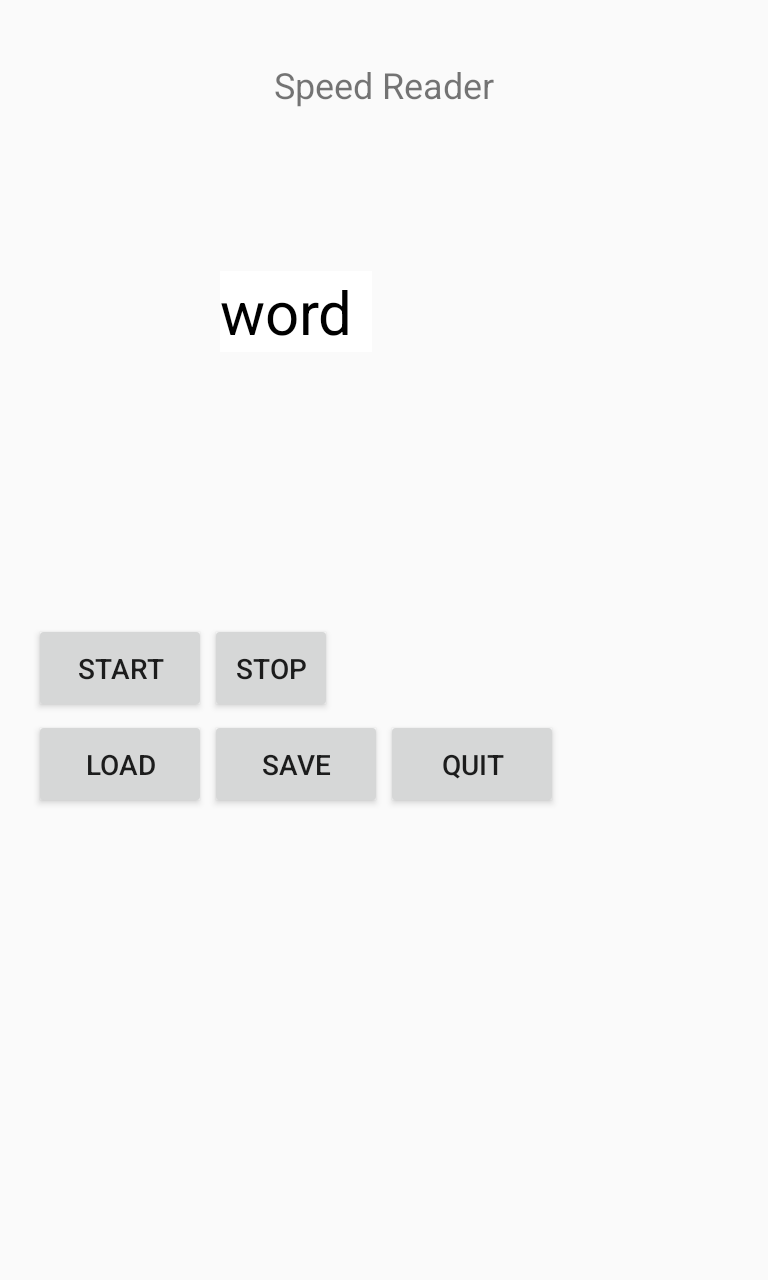
Repository: hdemby/workspace
Layout: Reader/res/layout/activity_main.xml
An editor plug-in stored every save of this project. The layout is shown before and after the next save, followed by the edit.
It is drawn on a 768 x 1280 px phone screen (xhdpi) without system bars, with theme AppTheme; the app's code is not run.

Above is the layout before, as saved 2014-12-04 04:26:09.

### Reader/res/layout/activity_main.xml
<RelativeLayout xmlns:android="http://schemas.android.com/apk/res/android"
    xmlns:tools="http://schemas.android.com/tools"
    android:layout_width="match_parent"
    android:layout_height="match_parent"
    android:paddingBottom="@dimen/activity_vertical_margin"
    android:paddingLeft="@dimen/activity_horizontal_margin"
    android:paddingRight="@dimen/activity_horizontal_margin"
    android:paddingTop="@dimen/activity_vertical_margin"
    tools:context="coursera.reader.MainActivity" >

    <EditText
        android:id="@+id/editText2"
        android:layout_width="wrap_content"
        android:layout_height="wrap_content"
        android:layout_below="@+id/linearLayout1"
        android:layout_centerHorizontal="true"
        android:clickable="false"
        android:ems="10"
        android:focusable="false"
        android:focusableInTouchMode="false"
        android:inputType="textMultiLine"
        android:text="@string/content_text"
        android:visibility="invisible" >

        <requestFocus />
    </EditText>

    <LinearLayout
        android:id="@+id/linearLayout1"
        android:layout_width="wrap_content"
        android:layout_height="wrap_content"
        android:layout_alignParentLeft="true"
        android:layout_below="@+id/textView1"
        android:layout_marginTop="18dp"
        android:orientation="vertical" >

        <EditText
            android:id="@+id/editText1"
            android:layout_width="76dp"
            android:layout_height="wrap_content"
            android:layout_gravity="center_horizontal"
            android:layout_marginTop="63dp"
            android:background="#ffffffff"
            android:clickable="false"
            android:ems="10"
            android:focusable="false"
            android:focusableInTouchMode="false"
            android:inputType="text"
            android:text="@string/display_text"
            android:textColor="#ff000000"
            android:textSize="30sp" />

        <LinearLayout
            android:id="@+id/linearLayout2"
            android:layout_width="185dp"
            android:layout_height="wrap_content"
            android:layout_marginTop="134dp"
            android:gravity="center|center_vertical"
            android:orientation="horizontal" >

            <Button
                android:id="@+id/button1"
                android:layout_width="wrap_content"
                android:layout_height="wrap_content"
                android:onClick="doStart"
                android:text="@string/start_btn" />

            <Button
                android:id="@+id/button2"
                android:layout_width="wrap_content"
                android:layout_height="wrap_content"
                android:layout_marginRight="34dp"
                android:onClick="doStop"
                android:text="@string/stop_btn" />
        </LinearLayout>

        <LinearLayout
            android:layout_width="wrap_content"
            android:layout_height="wrap_content" >

            <Button
                android:id="@+id/button3"
                android:layout_width="wrap_content"
                android:layout_height="wrap_content"
                android:onClick="doLoad"
                android:text="@string/load_btn" />

            <Button
                android:id="@+id/button4"
                android:layout_width="wrap_content"
                android:layout_height="wrap_content"
                android:contentDescription="@string/app_name"
                android:onClick="doSave"
                android:text="@string/save_bnt" />

            <Button
                android:id="@+id/button5"
                android:layout_width="wrap_content"
                android:layout_height="wrap_content"
                android:onClick="doQuit"
                android:text="@string/quit_btn" />
        </LinearLayout>
    </LinearLayout>

    <TextView
        android:id="@+id/textView1"
        android:layout_width="wrap_content"
        android:layout_height="wrap_content"
        android:layout_alignParentTop="true"
        android:layout_centerHorizontal="true"
        android:layout_marginTop="14dp"
        android:contentDescription="@string/app_name"
        android:text="@string/hello_world"
        android:textSize="18sp" />

</RelativeLayout>

### Reader/res/values/strings.xml
<?xml version="1.0" encoding="utf-8"?>
<resources>

    <string name="app_name">Reader</string>
    <string name="hello_world">Speed Reader</string>
    <string name="action_settings">Settings</string>
    <string name="display_text">word</string>
    <string name="content_text">This text will be displayed one word at a time to facilitate
        speed reading using the \'spritz\' method. I hope to include text from the course
        lectures that have been saved as a resource to provide selectable content for this app if time allows.
        A \'Toast\' will indicate states for the app like \'content loaded\' and \'end-of-file\'.
            The idea is to take a text document and display one word at a time in a textview
        at a pre-defined rate. The working app should satisfy the grading rubric and more. The process
        includes converting the text into a list of words. Each word will be displayed in the center of the
        window and then replaced after a short delay. Periods will trigger a slightly
        extended pause to help pacing. Tabs will be used to determine paragraphs.
            I hope to later add controls to pause, save and rewind the text
        by one sentence. The save function will allow the reader to save their reading
        position for later sessions. I also hope to add feedback controls that report
        precentage progress through the text, time spent reading, and the current reading
        rate. If I have the time I will also include a file cnooser to allow the user to
        load new text documents. Perhaps I can figure out a way to save multiple reading sessions
        with their last reading position rounded to the previous sentence or paragraph.
        IThis will be a very useful program out of the box. I can also think of
        several enhancements that could go into a paid version.</string>
    <string name="start_btn">Start</string>
    <string name="stop_btn">Stop</string>
    <string name="load_btn">Load</string>
    <string name="save_bnt">Save</string>
    <string name="quit_btn">Quit</string>

</resources>

Loaded but not shown: Reader/res/values/styles.xml (common file); Reader/res/values-v11/styles.xml (common file); Reader/res/values-v14/styles.xml (common file); Reader/res/values/dimens.xml (common file); Reader/res/values-w820dp/dimens.xml (common file)

After the next save:
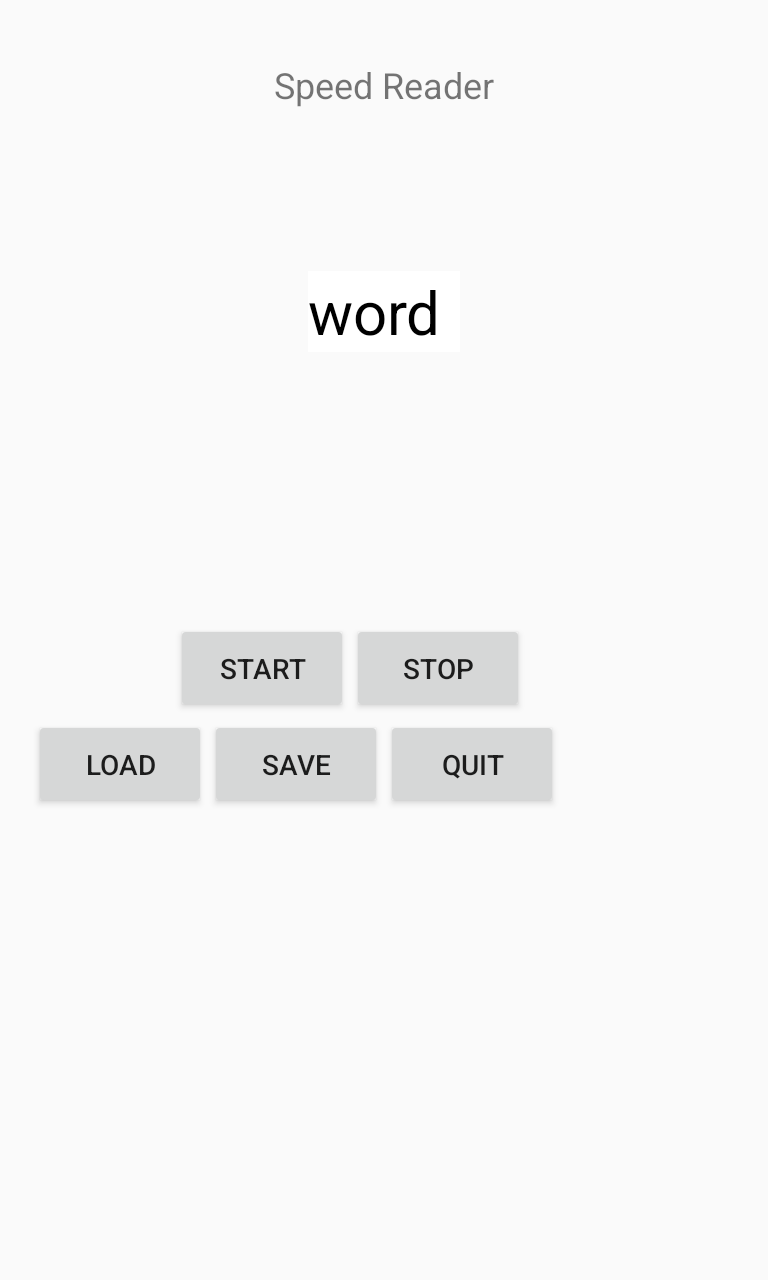
Saved 74 s later.
--- a/Reader/res/layout/activity_main.xml
+++ b/Reader/res/layout/activity_main.xml
@@ -30,6 +30,7 @@
         android:layout_width="wrap_content"
         android:layout_height="wrap_content"
         android:layout_alignParentLeft="true"
+        android:layout_alignParentRight="true"
         android:layout_below="@+id/textView1"
         android:layout_marginTop="18dp"
         android:orientation="vertical" >
@@ -52,7 +53,7 @@
 
         <LinearLayout
             android:id="@+id/linearLayout2"
-            android:layout_width="185dp"
+            android:layout_width="match_parent"
             android:layout_height="wrap_content"
             android:layout_marginTop="134dp"
             android:gravity="center|center_vertical"
